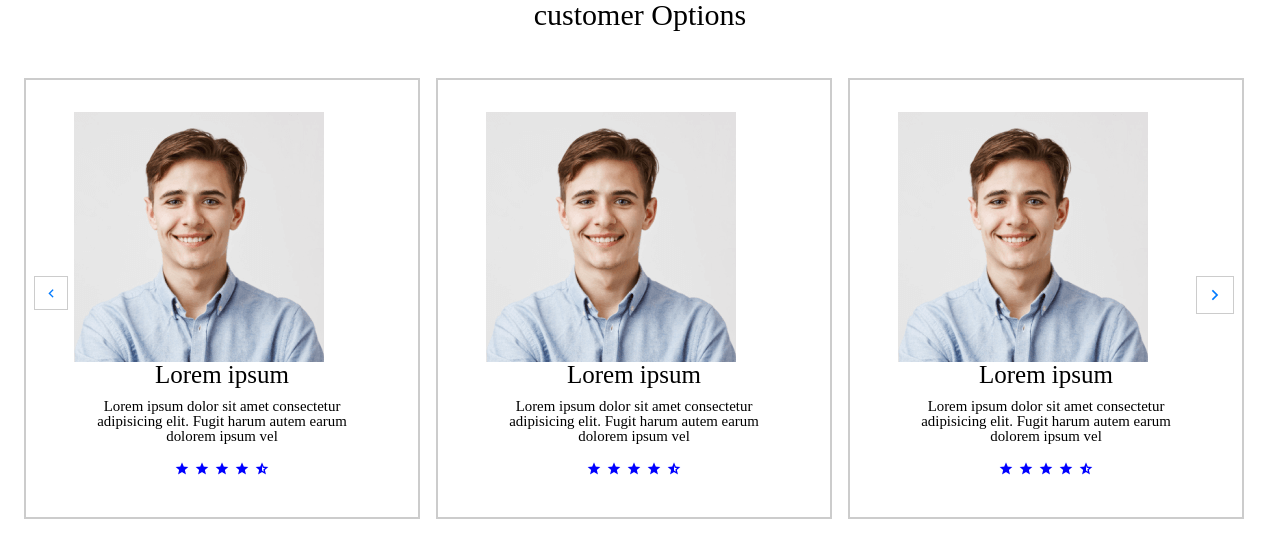
Repository: dinhhaidh/slider-3
Page: index.html
The author's editor kept a copy of each file at every save. The page is drawn from the files as they stood at one save, then again after a run of saves.
The browser window is 1280 px wide. The pictures show the whole page.

Above is the page before, as saved 2024-03-22 21:45:22.

After the next 5 saves:
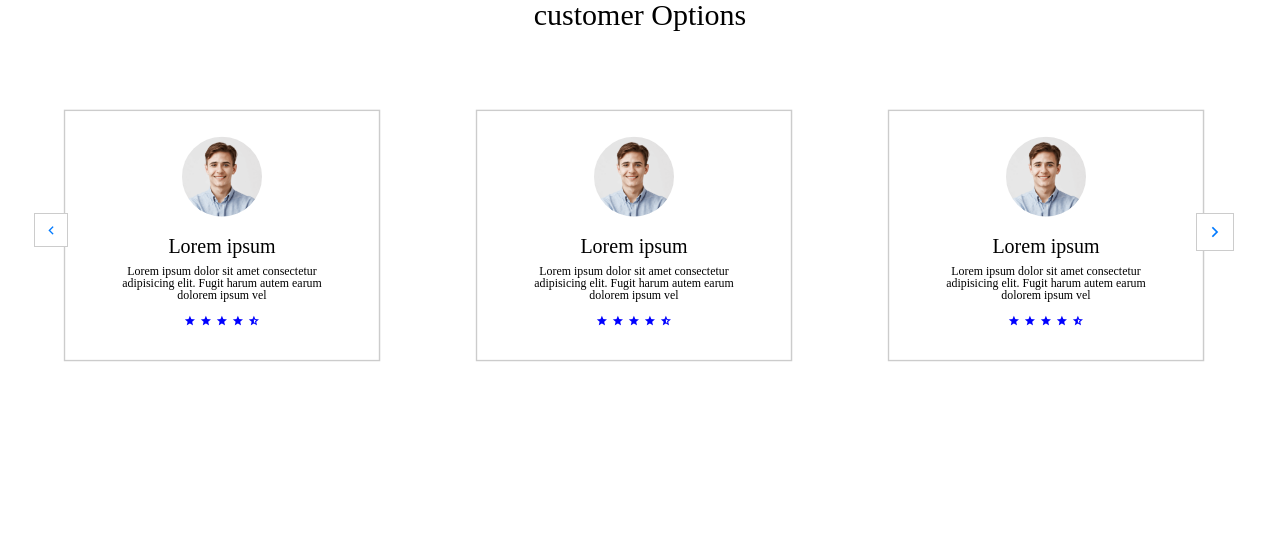
The 5 saves are shown as one change because they came seconds apart.
The last was saved 12 s later.
--- a/css/style.css
+++ b/css/style.css
@@ -55,7 +55,10 @@ body {
     transition: border .4s, background-color .4s;
   }
 
-  .cu
+  .customer__card{
+    scale: .8;
+
+  }
 
 /*  */
 .customer__img{
